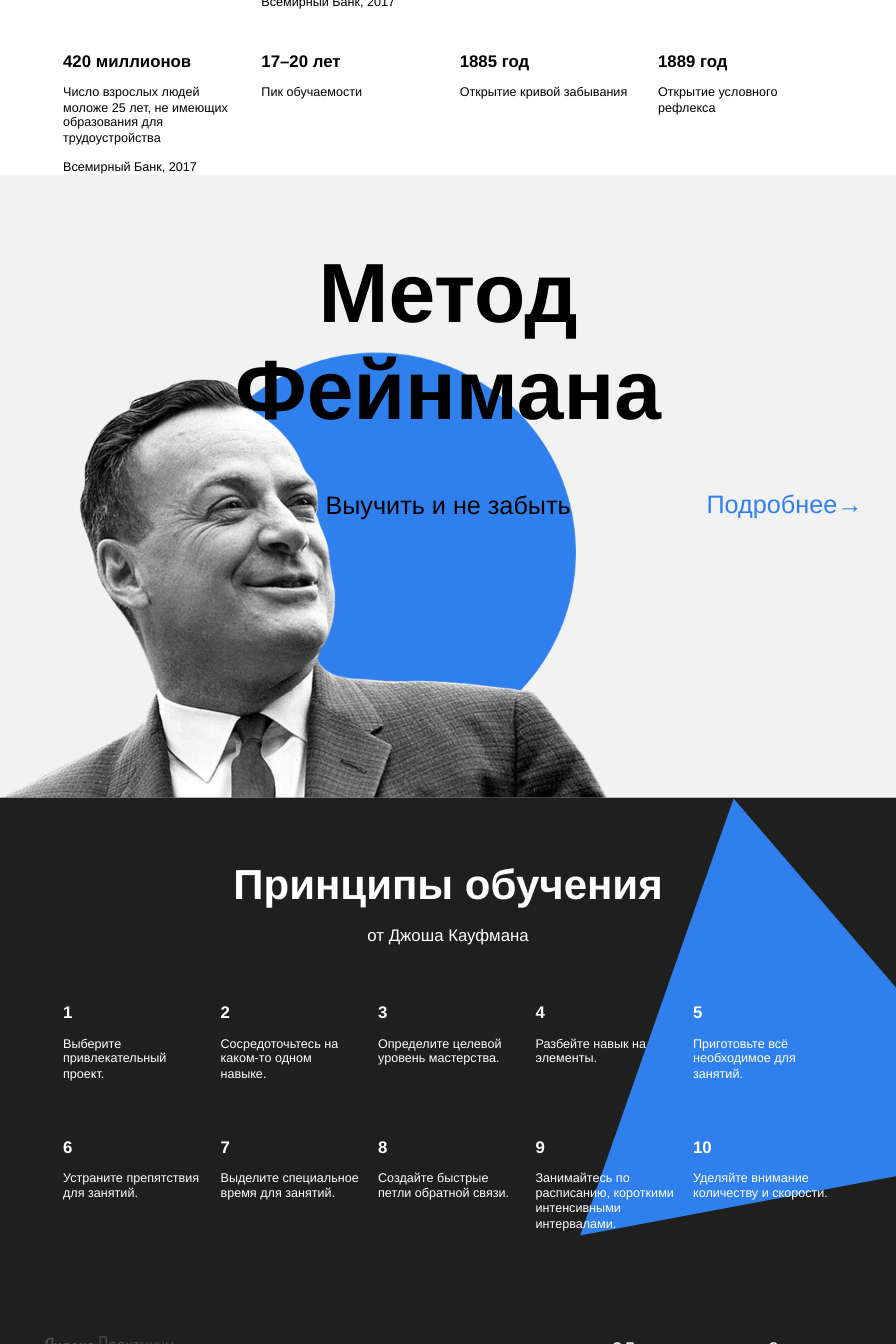
Repository: artemrgrs/how-to-learn
Page: index.html
The author's editor kept a copy of each file at every save. The page is drawn from the files as they stood at one save, then again after the next save.
The browser window is 1280 px wide. The pictures show the part of the page from y = 1621 to 3541 px (the page is 3820 px tall before and 3920 px after), at 70% of full size.

Above is the page before, as saved 2020-12-25 11:04:32.

After the next save:
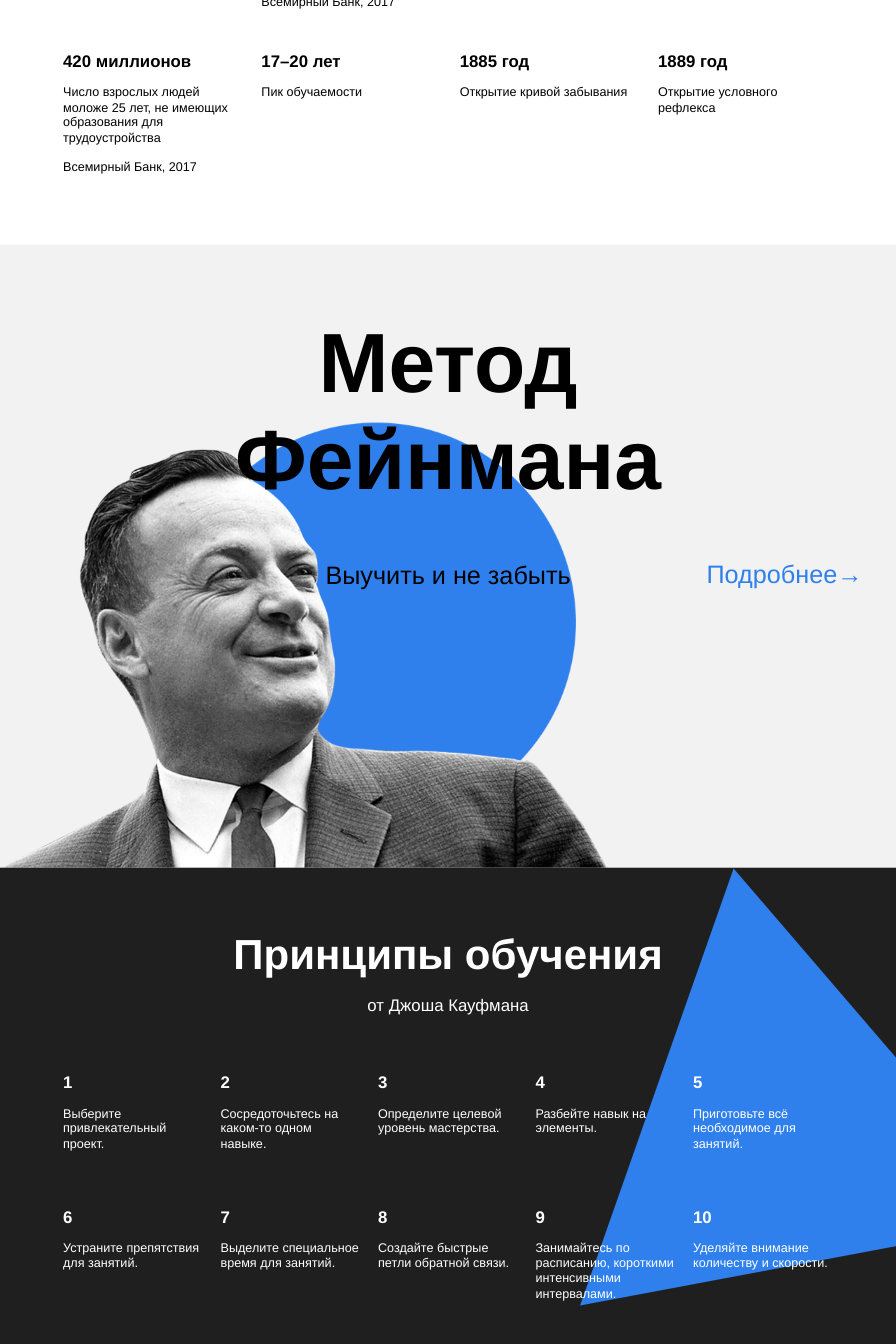
Saved 82 s later.
--- a/styles/style.css
+++ b/styles/style.css
@@ -137,6 +137,7 @@
   flex-direction: column;
   align-items: center;
   text-align: center;
+  padding-bottom: 100px;
 }
 
 .section-title {
